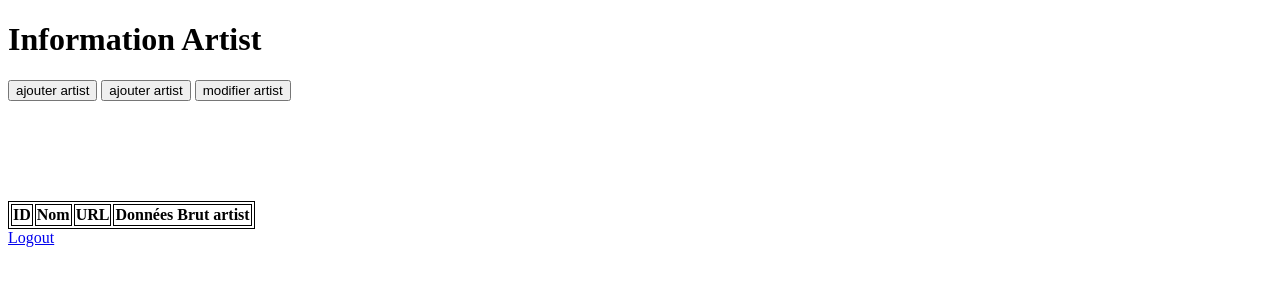
Repository: laurentbul/ApplicationEssai
Page: http://localhost/code/artists.php
An editor plug-in stored every save of this project. The page is shown before and after the next save, followed by the edit.
The browser window is 1280 px wide. The pictures show the whole page.
The page is run by PHP 8.4 with error messages shown; the project is at /var/www/html/. The session is filled in as if someone had signed in: {"name": "Test User"}. Queries for data that is not in the repository find no rows.

Above is the page before, as saved 2023-04-11 22:40:33.

After the next save:
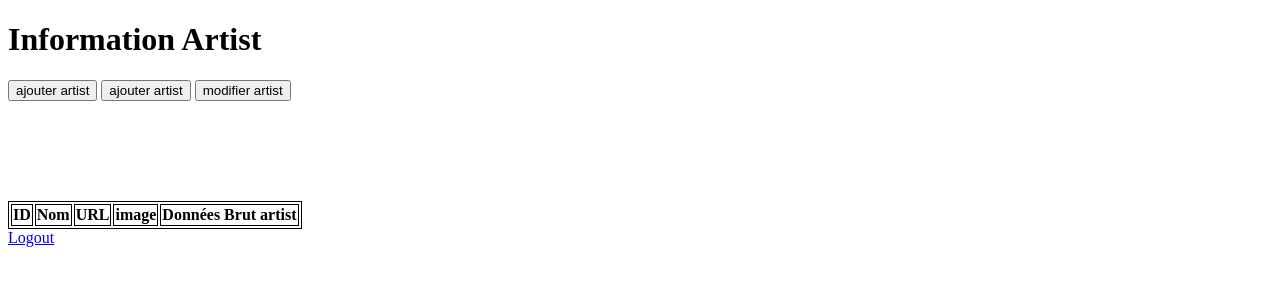
Saved 18 h 34 min later.
--- a/ncode/artists.php
+++ b/ncode/artists.php
@@ -48,6 +48,7 @@ if (!isset($_SESSION['name'])) {
             <th  style="border: 1px solid;">ID</th>
             <th  style="border: 1px solid;">Nom</th>
             <th  style="border: 1px solid;">URL</th>
+            <th  style="border: 1px solid;">image</th>
             <th  style="border: 1px solid;">Données Brut artist</th>
         </tr>
 
@@ -58,6 +59,7 @@ if (!isset($_SESSION['name'])) {
                 <td  style="border: 1px solid;"><?= $artist->artist_id ?></td>
                 <td  style="border: 1px solid;"><?= $artist->artist_name ?></td>
                 <td  style="border: 1px solid;"><?= $artist->artist_url ?></td>
+                <td  style="border: 1px solid;"><img><img src="pic_trulli.jpg" alt="Italian Trulli"><?= $artist->artist_img?></td>
                 <td  style="border: 1px solid;">  <?php var_dump($artist); // Le var_dump() est écrit à titre informatif ?></td>
 
             </tr>
